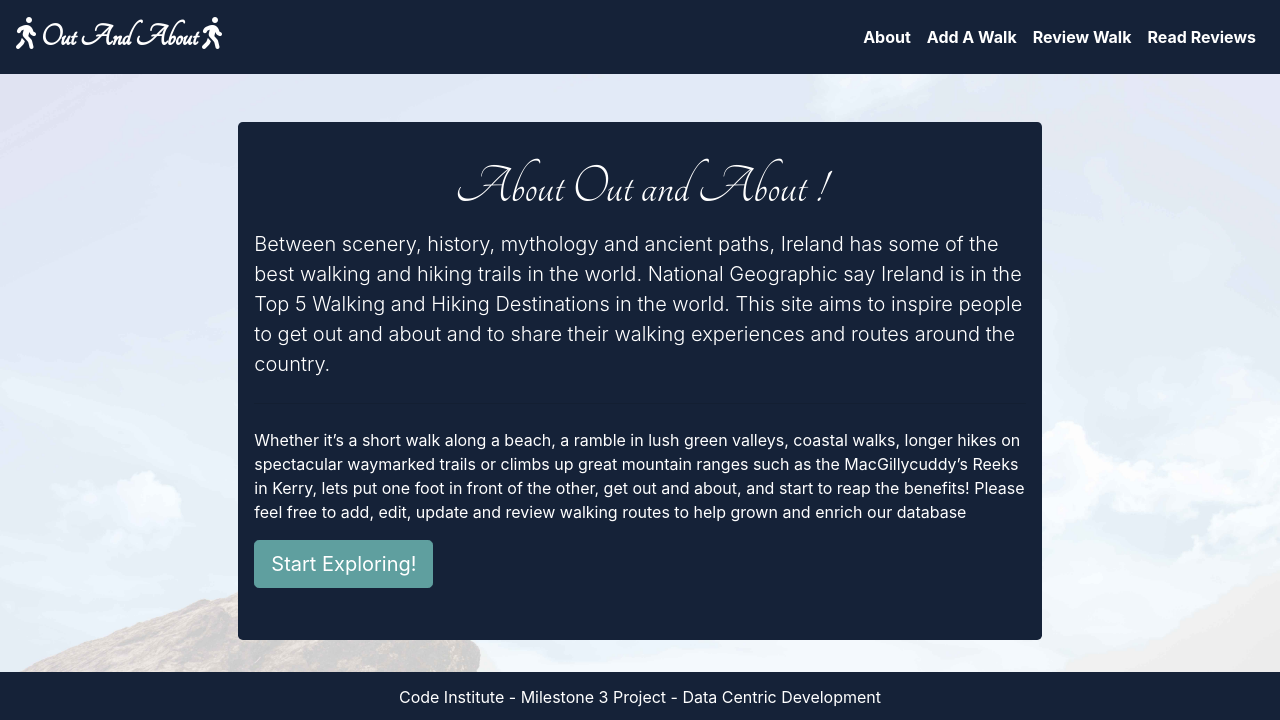
Repository: 5803emma/days-of-walking
Page: http://localhost/about
The author's editor kept a record of every edit. The page is drawn from the files as they stood at one moment, then again after the next edit.
The browser window is 1280 px wide. The pictures show the whole page.
Some web libraries are served in a nearby version. The page is served by the project's application, run on Flask 3 (app.py).

Above is the page before.

After the next edit:
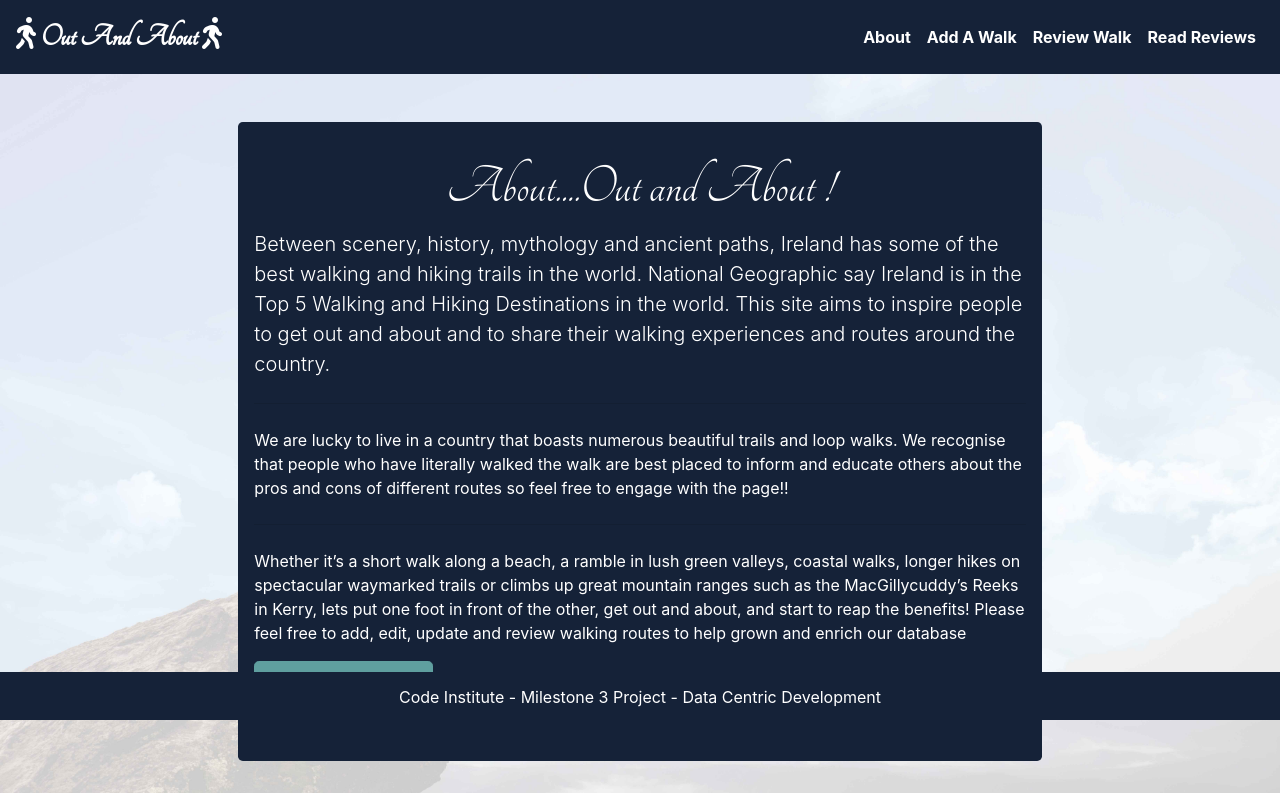
The edit:
--- a/templates/about.html
+++ b/templates/about.html
@@ -5,9 +5,10 @@
     <div class="row justify-content-center">
         <div class="col-12 col-md-8">
             <div class="jumbotron">
-                <h1 class="display-4">About Out and About !</h1>
-                <p class="lead">Between scenery, history, mythology and ancient paths, Ireland has some of the best walking and hiking trails in the world. National Geographic say Ireland is in the Top 5 Walking and Hiking Destinations in the world. This site aims to
-                    inspire people to get out and about and to share their walking experiences and routes around the country.</p>
+                <h1 class="display-4">About....Out and About !</h1>
+                <p class="lead">Between scenery, history, mythology and ancient paths, Ireland has some of the best walking and hiking trails in the world. National Geographic say Ireland is in the Top 5 Walking and Hiking Destinations in the world. This site aims to inspire people to get out and about and to share their walking experiences and routes around the country.</p>
+                <hr class="my-4">
+                <p>We are lucky to live in a country that boasts numerous beautiful trails and loop walks. We recognise that people who have literally walked the walk are best placed to inform and educate others about the pros and cons of different routes so feel free to engage with the page!! </p>
                 <hr class="my-4">
                 <p>Whether it’s a short walk along a beach, a ramble in lush green valleys, coastal walks, longer hikes on spectacular waymarked trails or climbs up great mountain ranges such as the MacGillycuddy’s Reeks in Kerry, lets put one foot
                     in front of the other, get out and about, and start to reap the benefits! Please feel free to add, edit, update and review walking routes to help grown and enrich our database</p>
